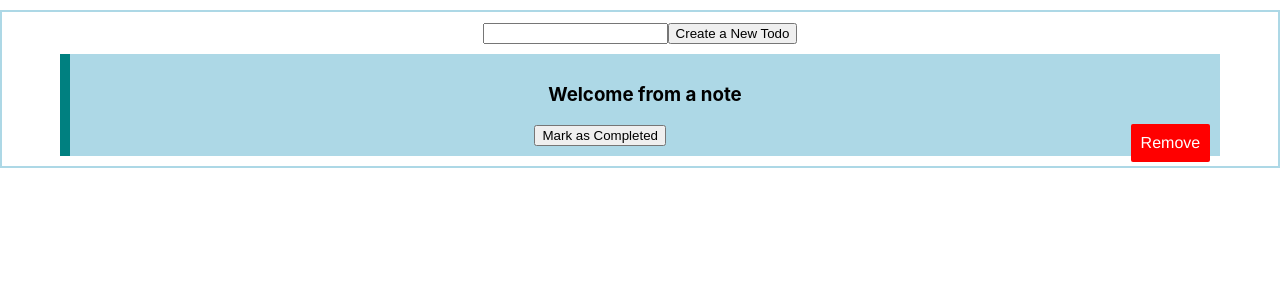
Repository: CaptainStorm21/react-ecosystem-course
Page: /
The author's editor kept a copy of each file at every save. The page is drawn from the files as they stood at one save, then again after the next save.
The browser window is 1280 px wide. The pictures show the whole page.
The project was rebuilt for these pictures with package versions that can differ from the ones it lists, and the page was loaded fresh each time.

Above is the page before, as saved 2020-05-30 17:51:45.

### src/App.js
import React from 'react';
import './App.css';
import TodoList from './todos/TodoList'

function App() {
  return (
    <div className="App">
      <TodoList/>
    </div>
  );
}

export default App;

### src/todos/TodoList.js
import React from 'react';
import NewTodoForm from './NewTodoForm';
import TodoListItem from './TodoListItem';
import './TodoList.css';


const TodoList = ({ todos = [{ text: "Welcome from a note" }] }) => (
    <div className="list-wrapper">
        <NewTodoForm/>
        {todos.map(todo => <TodoListItem todo={todo} />)}
    </div>
)

export default TodoList;

### src/todos/NewTodoForm.js
import React, { useState } from 'react';
import './NewTodoForm.css';

const NewTodoForm = () => {
    const [inputValue, setInputValue] = useState(' ');
   return (
        <div className="new-todo-form">
           <input className="new-todo-input"
               type="text"
               value={inputValue}
               onChange = { e => setInputValue (e.target.value)}
           />
            <button className="newTodo">Create a New Todo</button>
        </div>
    );
};
export default NewTodoForm;

### src/todos/TodoListItem.js
import React from "react";

const TodoListItem = ({ todo }) => (
  <div className="todo-item-container">
    <h3>{todo.text}</h3>
    <div className="button -container">
      <button className="completed-button"> Mark as Completed</button>
      <button className="remove-button"> Remove</button>
    </div>
  </div>
);

export default TodoListItem;

### src/todos/TodoList.css
.list-wrapper{
    border: 2px solid lightblue;
    padding: 10px;
    margin-top: 10px;
}

### src/todos/NewTodoForm.css
.todo-item-container {
  width: 90%;
  margin: 0 auto;
  padding: 10px;
  border-left: 10px solid teal;
  background-color: lightblue;
  margin-top: 10px;
}

.remove-button {
  background-color: red;
  padding: 10px;
  border: 0;
  margin-left: 10px;
  font-size: medium;
  font-family: "Franklin Gothic Medium", "Arial Narrow", Arial, sans-serif;
  border-radius: 2px;
  float: right;
  color: white;
}

.{
  border-radius: 2px;
  padding: 10px;
  border: 2px solid rgb(95, 95, 90);
  font-family: "Franklin Gothic Medium", "Arial Narrow", Arial, sans-serif;
  width: 60%;
}

Loaded but not shown: public/index.html (common file); src/index.js (common file); src/index.css (common file); src/serviceWorker.js (common file); src/App.css (common file)

After the next save:
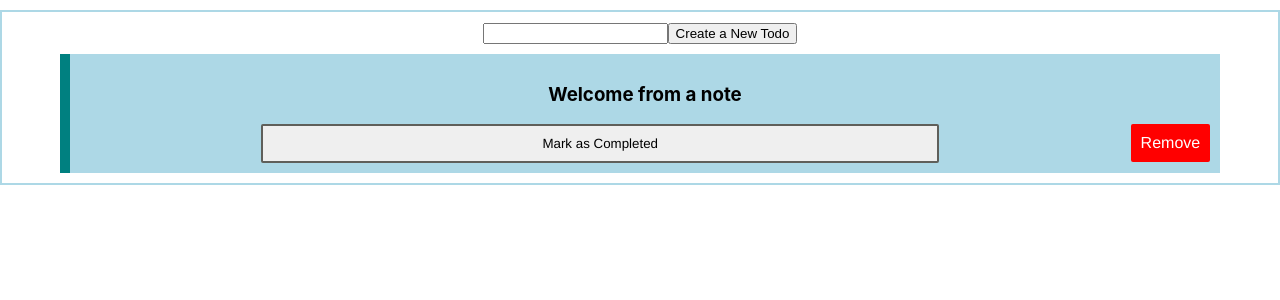
Saved 4 s later.
--- a/src/todos/NewTodoForm.css
+++ b/src/todos/NewTodoForm.css
@@ -19,7 +19,7 @@
   color: white;
 }
 
-.{
+.completed-button{
   border-radius: 2px;
   padding: 10px;
   border: 2px solid rgb(95, 95, 90);
